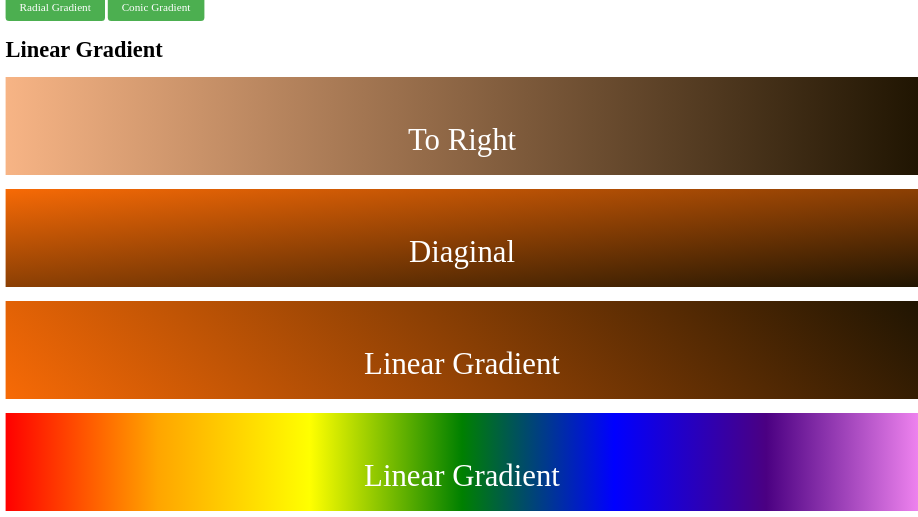
Repository: Pema-yangki/Css
Page: color.html
These files come from the project's save history. The page is drawn as it stood at one moment and after a run of saves; the edit follows.
The browser window is 1280 px wide. The page is 1312 px wide, so the pictures cover 1312 px, including what lies to the right of the window. The pictures show the part of the page from y = 4620 to 6500 px (the page is 5358 px tall before and 7116 px after), at 70% of full size.

Above is the page before, as saved 2024-03-27 10:34:45.

### color.html
<!DOCTYPE html>
<html lang="en">
<head>
    <meta charset="UTF-8">
    <meta name="viewport" content="width=device-width, initial-scale=1.0">
    <title>Document</title>
    <style>
        div{
    margin-top: 20px;
    color: white;
    text-align: center;
    font-size: 44px;
}

.linear {
    background-image: linear-gradient(to right, #f7b485, #201502);
    width: 100%;
    height: 100px;
    padding: 20px;
}
.linearleft{
    background-image: linear-gradient(to bottom right, #f76a06, #201502);
    width: 100%;
    height: 100px;
    padding: 20px;
}
.angles {
    background-image: linear-gradient(45deg, #f76a06, #201502);
    width: 100%;
    height: 100px;
    padding: 20px;
}
.multi {
    background-image: linear-gradient(to right, red, orange, yellow, green, blue, indigo, violet);
    width: 100%;
    height: 100px;
    padding: 20px;
}
.styled-link {
    display: inline-block;
    padding: 10px 20px;
    background-color: #4CAF50;
    color: white;
    text-decoration: none;
    border-radius: 5px;
    transition: background-color 0.3s ease;
}

/* Hover effect */
.styled-link:hover {
    background-color: #45a049;
}

/* .linear{
    background-image: linear-gradient(to right, #ff7e5f, #feb47b);

    /* Set some additional styles for demonstration */
    /* width: 100%;
    height: 200px;
    border-radius: 10px;
    padding: 20px;
    color: white;
    text-align: center;
    font-size: 24px;
    font-family: Arial, sans-serif;
} */

.evenlyspaced {
    background-image:radial-gradient(#f6821f,#002060,#1fd137);
    height: 600px;
}
.differentlyspaced {
    background-image: radial-gradient(#f6821f
5%,#002060 15%,#1fd137 60%);
height: 600px;

}

.normal{
    background-image:
radial-gradient(at 60%
55%,#f6821f,#002060,#1fd137);
height: 600px;
}
.closest{
    background-image:
radial-gradient(closest-side at 60%
55%,#f6821f,#002060,#1fd137);
height: 600px;
}

.farther {
    background-image:
radial-gradient(farthest-side at 60%
55%,#f6821f,#002060,#1fd137);
height: 600px;
}
.closestcorner{
    background-image:
radial-gradient(closest-corner at 60%
55%,#f6821f,#002060,#1fd137);
height: 600px;
}

.Farthercorner{
    background-image:
radial-gradient(farthest-corner at 60%
55%,#f6821f,#002060,#1fd137);
height: 600px;
}

.threecolors{
    background-image:conic-gradient(#f6821f,#002060,#1fd137);
    height: 300px;}

.threecolorswithdegree{
    background-image: conic-gradient(#f6821f
10deg,#002060 160deg,#1fd137 180deg);
height: 300px;}

.piechart{
    background-image: conic-gradient(#f6821f
0deg,#f6821f 45deg,#002060 45deg,#002060
200deg,#1fd137 200deg);
border-radius: 50%;
height: 300px;
}

.withangle{
    background-image: conic-gradient(from 90deg,
#f6821f ,#002060,#1fd137);
height: 300px;
}

.center{
    background-image: conic-gradient(at 20% 25%,
#f6821f ,#002060,#1fd137);
height: 300px;
}
    </style>
</head>
<body>
    <a href="index.html" class="styled-link">Linear Gradient</a>
    <a href="conic.html" class="styled-link">Conic Gradient</a>
    <h1>Radial Gradient</h1>
    <div class="evenlyspaced">
        <p>Evenly spaced</p>
    </div>
    <div class="differentlyspaced">
        <p>Differently spaced</p>
    </div>
    <div class="normal">
        <p>normal-side</p>
    </div>
     <div class="closest">
        <p>Closest-side</p>
    </div>
    <div class="farther">
        <p>farther-side</p>
    </div>

    <div class="closestcorner">
        <p>close corner</p>
    </div>
    <div class="Farthercorner">
        <p>far corner</p>
    </div>
    <a href="radianr.html" class="styled-link">Radial Gradient</a>
    <a href="conic.html" class="styled-link">Conic Gradient</a>
    <h1>Linear Gradient</h1>
    <div class="linear">
        <p>To Right</p>
    </div>
    <div class="linearleft">
        <p>Diaginal</p>
    </div>
     <div class="angles">
        <p>Linear Gradient</p>
    </div>
    <div class="multi">
        <p>Linear Gradient</p>
    </div>

</body>
</html>

After the next 2 saves:
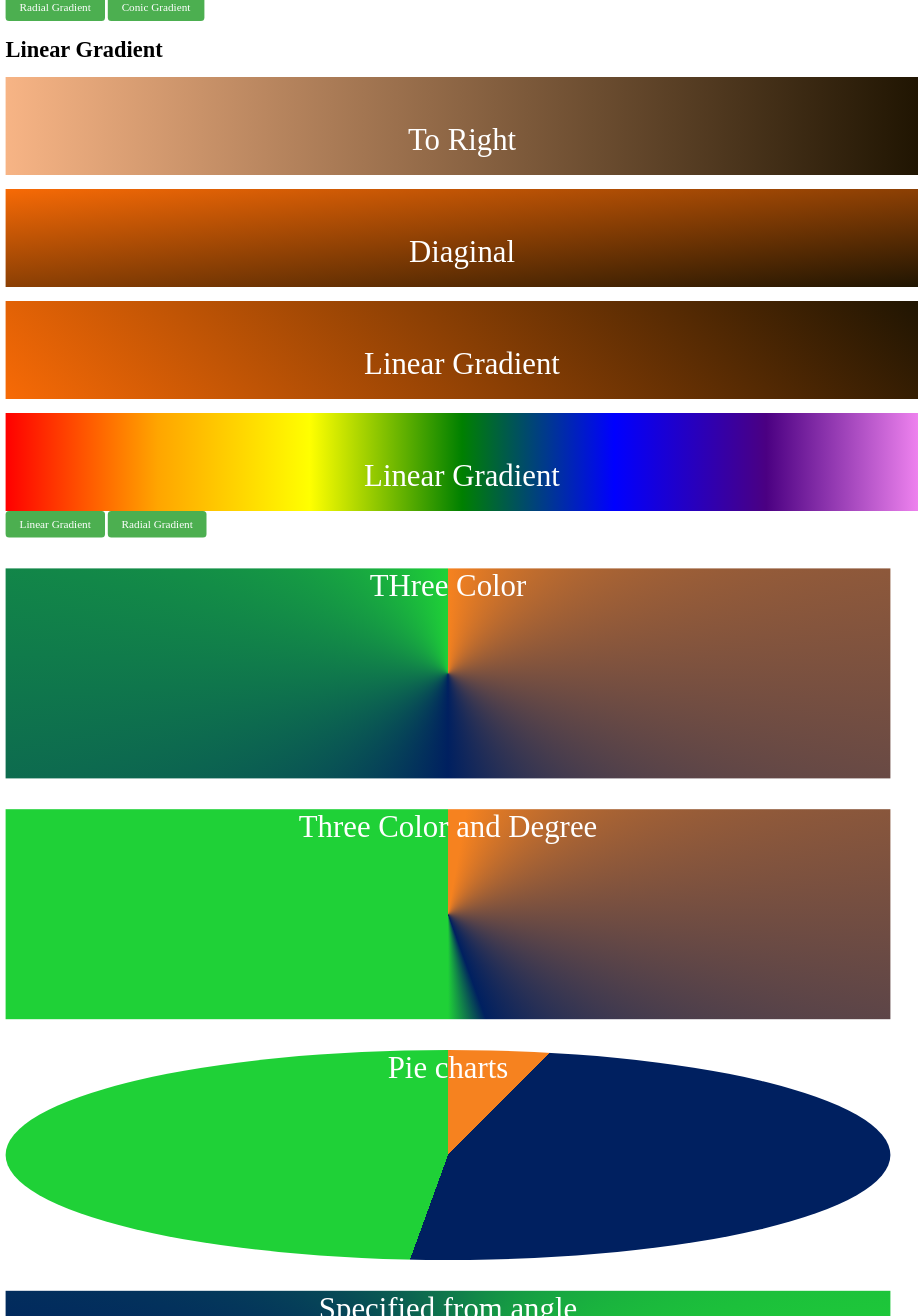
The 2 saves are shown as one change because they came seconds apart.
The last was saved 27 s later.
--- a/color.html
+++ b/color.html
@@ -181,5 +181,23 @@ height: 300px;
         <p>Linear Gradient</p>
     </div>
 
+    <a href="index.html" class="styled-link">Linear Gradient</a>
+    <a href="radianr.html" class="styled-link">Radial Gradient</a>
+    <div class="threecolors">
+        <p>THree Color</p>
+    </div>
+    <div class="threecolorswithdegree">
+        <p>Three Color and Degree</p>
+    </div>
+    <div class="piechart">
+        <p>Pie charts</p>
+    </div>
+    <div class="withangle">
+        <p>Specified from angle</p>
+    </div>
+    <div class="center">
+        <p>Specified from center</p>
+    </div>
+
 </body>
 </html>
